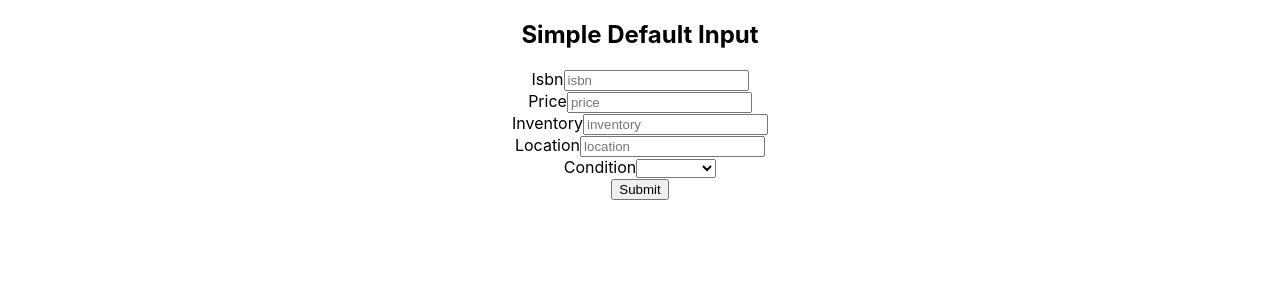
Repository: rishhabh-jain/isbndb
Page: /
The author's editor kept a copy of each file at every save. The page is drawn from the files as they stood at one save, then again after a run of saves.
The browser window is 1280 px wide. The pictures show the whole page.
The project was rebuilt for these pictures with package versions that can differ from the ones it lists, and the page was loaded fresh each time.

Above is the page before, as saved 2022-02-03 12:32:46.

### src/App.js
import logo from './logo.svg';
import { Form, Field } from 'react-final-form'
import axios from 'axios';
import React , { useState , useEffect} from 'react';
import './App.css';

function App() {
  const [isbn, setIsbn] = useState("9787878");
  const [authors, setAuthors] = useState([]);
  const [binding, setBinding] = useState("");
  const [image, setImage] = useState("");
  const [title, setTitle] = useState("");
  axios.get('http://localhost:8080/' ,{headers : {
    "Access-Control-Allow-Origin": "*",
    "Access-Control-Allow-Methods": "GET,PUT,POST,DELETE,PATCH,OPTIONS"
  }})
  .then(function (response) {
    // handle success
    console.log(response.data.book);
    setTitle(response.data.book.title);
  })
  .catch(function (error) {
    // handle error
    console.log(error);
  })
  .then(function () {
    console.log("this will be always displayed");
  });
  return (
    <div className="App">
     <Form
    onSubmit={onSubmit}
    render={({ handleSubmit }) => (
      <form onSubmit={handleSubmit}>
        <h2>Simple Default Input</h2>
        <div>
          <label>Isbn</label>
          <Field name="Isbn" component="input" placeholder="isbn" value={isbn}></Field>
        </div>
        {/* <div>
          <label>Name</label>
          <Field name="name" component="input" placeholder={title} value={title} >{title}</Field>
        </div> */}
        <div>
          <label>Price</label>
          <Field name="price" component="input" placeholder="price" />
        </div>
        <div>
          <label>Inventory</label>
          <Field name="inventory" component="input" placeholder="inventory" />
        </div>
        <div>
          <label>Location</label>
          <Field name="location" component="input" placeholder="location" />
        </div>
        <div>
          <label>Condition</label>
          <Field name="condition" component="select">
              <option />
              <option value=" Good "> Good </option>
              <option value=" Like new "> Like new </option>
              <option value=" New"> New </option>
              <option value="Readable"> Readable</option>
            </Field>
        </div>

        <button type="submit">Submit</button>
      </form>

    )}
  />

    </div>
  );
}
const onSubmit = () => {
  window.alert("onsubmit working");
}


export default App;

Loaded but not shown: public/index.html (common file); src/index.js (common file); src/index.css (common file); src/reportWebVitals.js (common file); src/App.css (common file)

After the next 2 saves:
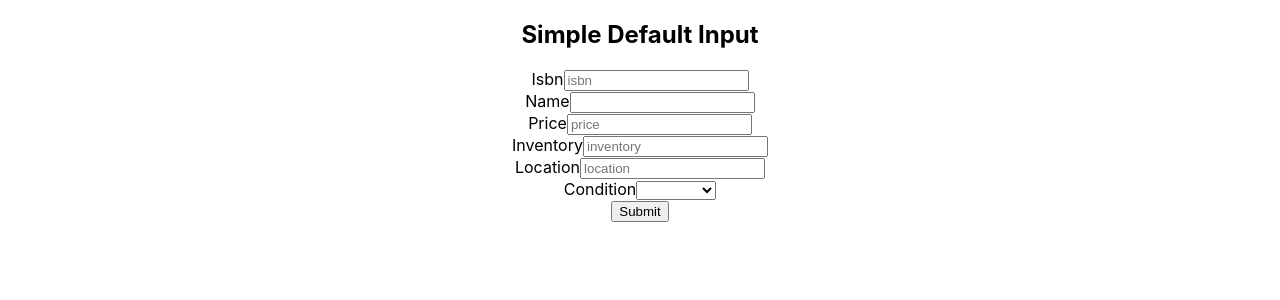
The 2 saves are shown as one change because 1 did not build or start.
The last was saved 42 s later.
--- a/src/App.js
+++ b/src/App.js
@@ -37,10 +37,10 @@ function App() {
           <label>Isbn</label>
           <Field name="Isbn" component="input" placeholder="isbn" value={isbn}></Field>
         </div>
-        {/* <div>
+        <div>
           <label>Name</label>
-          <Field name="name" component="input" placeholder={title} value={title} >{title}</Field>
-        </div> */}
+          <Field name="name" component="input" placeholder={title} value={title} />
+        </div>
         <div>
           <label>Price</label>
           <Field name="price" component="input" placeholder="price" />
